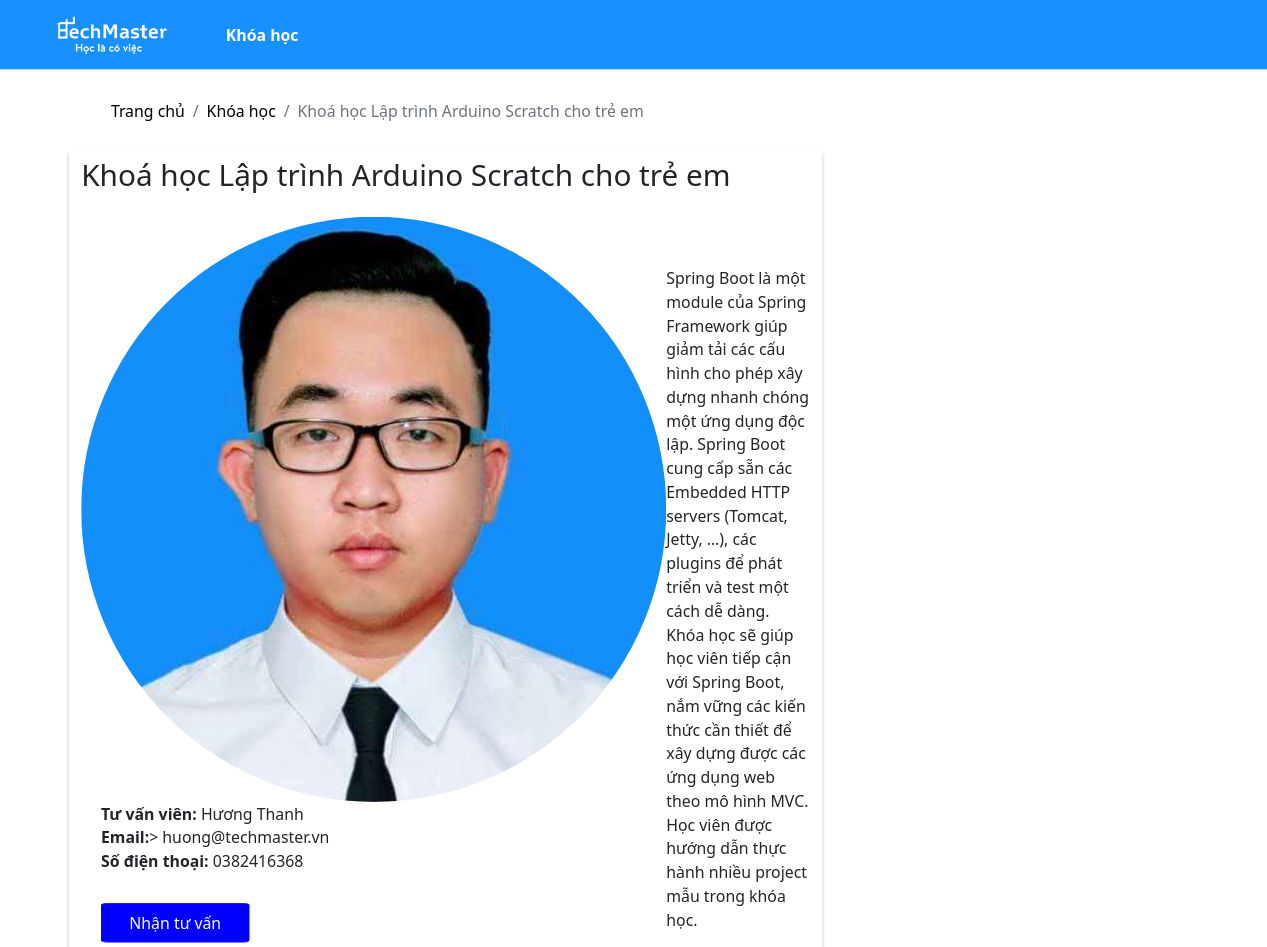
Repository: khanhnahk306/khanhnahk.github.io
Page: Clone_Techmaster/html/kid.html
An editor plug-in stored every save of this project. The page is shown before and after a run of saves, followed by the edit.
The browser window is 1280 px wide. The pictures show the whole page, at 99% of full size.

Above is the page before, as saved 2022-06-10 13:27:43.

### Clone_Techmaster/html/kid.html
<!DOCTYPE html>
<html lang="en">

<head>
    <meta charset="UTF-8">
    <meta http-equiv="X-UA-Compatible" content="IE=edge">
    <meta name="viewport" content="width=device-width, initial-scale=1.0">
    <title>TechMaster</title>
    <link href="https://cdn.jsdelivr.net/npm/bootstrap@5.0.2/dist/css/bootstrap.min.css" rel="stylesheet"
        integrity="sha384-EVSTQN3/azprG1Anm3QDgpJLIm9Nao0Yz1ztcQTwFspd3yD65VohhpuuCOmLASjC" crossorigin="anonymous">
    <link rel="stylesheet" href="../css/style.css">
    <nav class="navbar navbar-expand-md navbar-dark" style="background-color: #1890ff; height: 70px;">
        <div class="image">
            <a href="../html/index.html">
                <img src="../picture/Capture.PNG" style="margin-left: 50px; width: 120px; ">
            </a>
        </div>
        <button class="navbar-toggler" type="button" data-toggle="collapse" data-target="#collapsibleNavbar">
            <span class="navbar-toggler-icon"></span>
        </button>
        <div class="collapse navbar-collapse" id="collapsibleNavbar">
            <ul class="navbar-nav">
                <li class="nav-item">
                    <a class="nav-link" href="#" style="margin-left: 50px; font-weight: bolder; color: white;">Khóa
                        học</a>
                </li>
            </ul>
        </div>
    </nav>
    <style>
        button {
            width: 150px;
            height: 40px;
            margin-top: 30px;
            background-color: blue;
            color: #fff;
            border-radius: 5%;
            border: 1px solid blue;
        }

        img {
            border-radius: 50%;
            -moz-border-radius: 50%;
            -webkit-border-radius: 50%;
        }
    </style>
</head>

<body>
    <div class="container">
        <div class="row">
            <div class="col-12">
                <ul class="breadcrumb" style="margin: 30px;">
                    <li class="breadcrumb-item"><a href="../html/index.html">Trang chủ</a></li>
                    <li class="breadcrumb-item"><a href="#">Khóa học</a></li>
                    <li class="breadcrumb-item active" aria-current="page">Khoá học Lập trình Arduino Scratch cho trẻ em</li>
                </ul>
            </div>
        </div>
        <div class="row">
            <div class="col-sm-12 col-md-8" style="box-shadow: 0 2px 3px 1px rgb(0 0 0 / 15%);">
                <div class="title" style="margin-bottom: 20px; font-size: 30px;">Khoá học Lập trình Arduino Scratch cho trẻ em</div>
                <div class="support" style="display: flex;">
                    <div class="support-left">
                        <img src="../picture/avatar3.jpg">
                    <div class="support-right" style="margin-left: 20px;">
                        <span><b>Tư vấn viên:</b> Hương Thanh</span><br>
                        <span><b>Email:</b>> huong@techmaster.vn</span><br>
                        <span><b>Số điện thoại:</b> 0382416368</span><br>
                        <button type="button">Nhận tư vấn</button>
                    </div>
                </div>
                <div class="content">
                    <p>
                        Spring Boot là một module của Spring Framework giúp giảm tải các cấu hình cho phép xây dựng
                        nhanh chóng một ứng dụng độc lập. Spring Boot cung cấp sẵn các Embedded HTTP servers (Tomcat,
                        Jetty, …), các plugins để phát triển và test một cách dễ dàng.

                        Khóa học sẽ giúp học viên tiếp cận với Spring Boot, nắm vững các kiến thức cần thiết để xây dựng
                        được các ứng dụng web theo mô hình MVC. Học viên được hướng dẫn thực hành nhiều project mẫu
                        trong khóa học.
                    </p>
                </div>
            </div>
        </div>
    </div>
</body>

</html>

### Clone_Techmaster/css/style.css
html,
body {
    width: auto !important;
    overflow-x: hidden !important;
}

* {
    box-sizing: border-box;
}

a {
    text-decoration: none;
    color: black;
}

h1 {
    text-align: center;
    color: black;
}

h2 {
    margin-left: 10px;
    font-size: 20px;
}

p {
    margin-top: 50px;
}

.md-radio {
    font-size: 25px;
}

.search {
    margin-right: 523px;
    margin-left: 7px;
    margin-top: 15px;
    width: 270px;
    border-radius: 2%;
    border: 1px solid white;
}

.container {
    margin: auto;
    display: flex;
    flex-wrap: wrap;
}

.row {
    width: 1200px;
}

.picture {
    width: 270px;
    height: 270px;
    border-radius: 2% 2% 0 0;
    object-fit: cover;
}

.box {
    width: 270px;
    margin: 15px;
    background-color: white;
    border-radius: 2%;
    box-shadow: 0 2px 3px 1px rgb(0 0 0 / 15%);
}

.description {
    max-width: 100px;
    margin-left: 10px;
    margin-right: 10px;
}

.box:hover {
    transform: scale(1);
    transition: 1s;
    opacity: 1.0;
    filter: drop-shadow(5px 10px 5px gray);
}

After the next 4 saves:
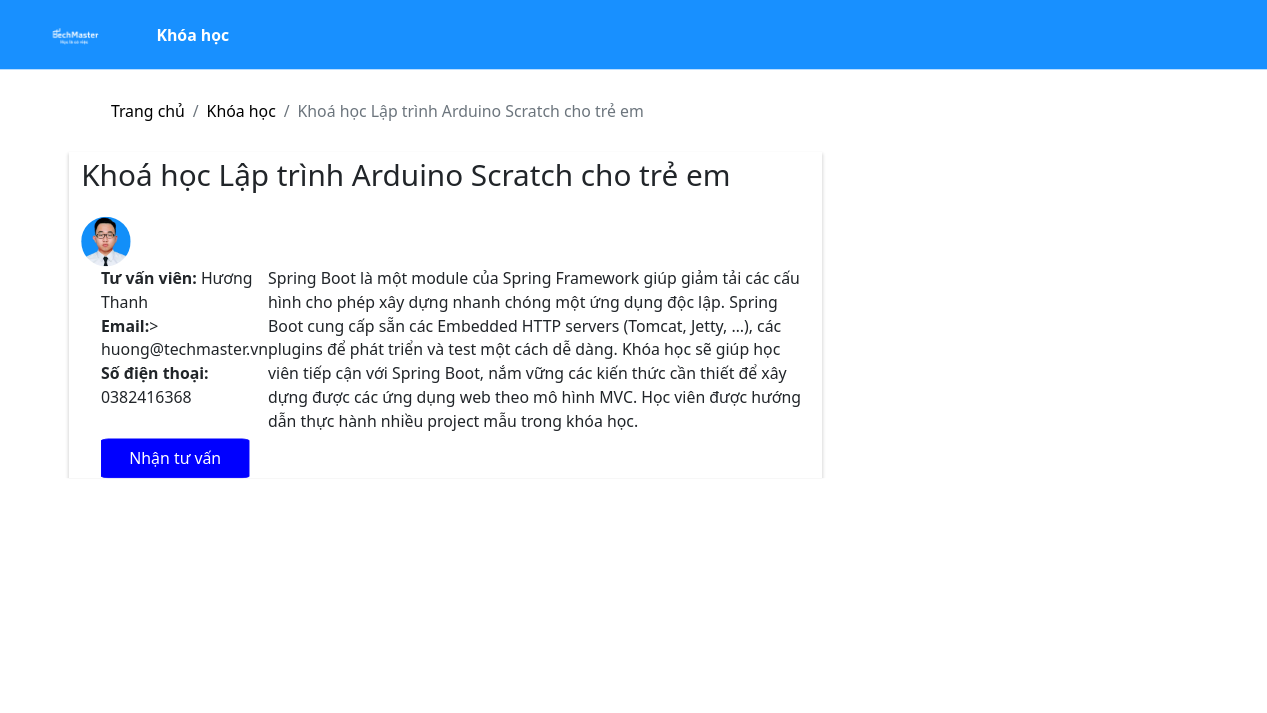
The 4 saves are shown as one change because they came seconds apart.
The last was saved 23 s later.
--- a/Clone_Techmaster/html/kid.html
+++ b/Clone_Techmaster/html/kid.html
@@ -39,6 +39,7 @@
         }
 
         img {
+            max-width: 50px;
             border-radius: 50%;
             -moz-border-radius: 50%;
             -webkit-border-radius: 50%;
